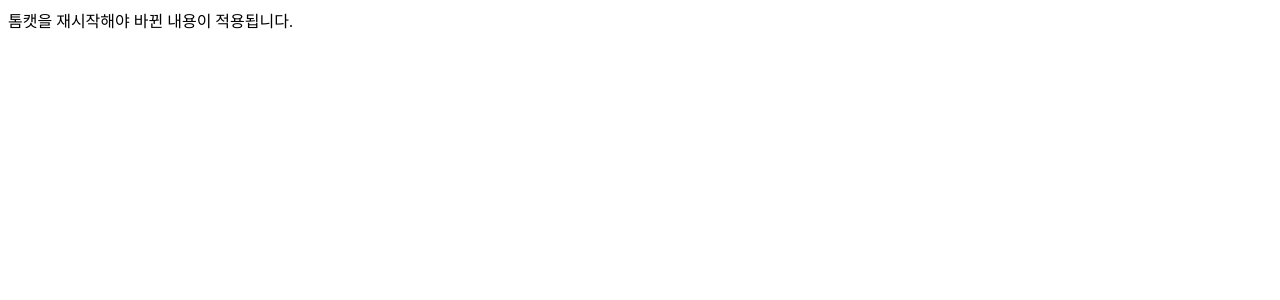
Repository: HeeJaeRA/Yedam
Page: http://localhost/helloWeb/LoginServlet
An editor plug-in stored every save of this project. The page is shown before and after the next save, followed by the edit.
The browser window is 1280 px wide. The pictures show the whole page.
The page is served by Tomcat 9.

Above is the page before, as saved 2023-10-24 01:18:41.

### Dev/workspace/helloWeb/src/main/java/org/yedam/LoginServlet.java
package org.yedam;

import java.io.IOException;
import java.io.PrintWriter;

import javax.servlet.ServletException;
import javax.servlet.annotation.WebServlet;
import javax.servlet.http.HttpServlet;
import javax.servlet.http.HttpServletRequest;
import javax.servlet.http.HttpServletResponse;

@WebServlet("/LoginServlet")
public class LoginServlet extends HttpServlet {
	private static final long serialVersionUID = 1L;

    public LoginServlet() {
        super();
    }

	protected void doGet(HttpServletRequest request, HttpServletResponse response) throws ServletException, IOException {
		//response.getWriter().append("Served at: ").append(request.getContextPath());
		response.setCharacterEncoding("UTF-8");
		response.setContentType("text/html charset=UTF-8");
		PrintWriter out = response.getWriter(); // 출력스트림
		out.print("톰캣을 재시작해야 바뀐 내용이 적용됩니다.\n");
		out.print("");
	}

	protected void doPost(HttpServletRequest request, HttpServletResponse response) throws ServletException, IOException {
		doGet(request, response);
	}

}

After the next save:
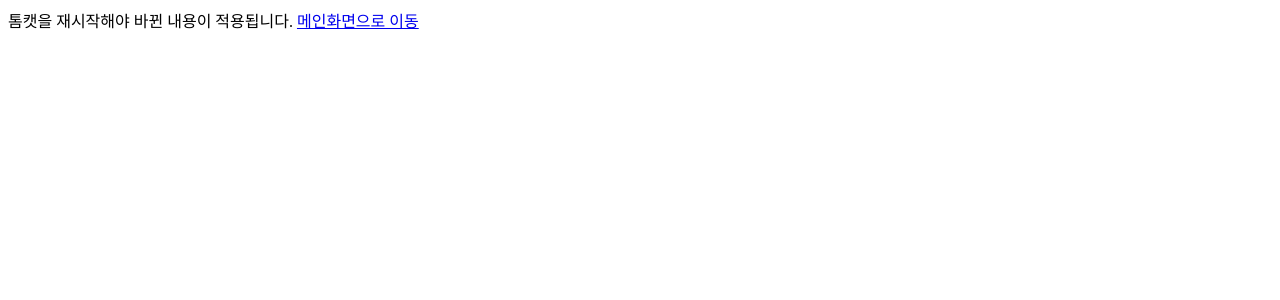
Saved 32 s later.
--- a/Dev/workspace/helloWeb/src/main/java/org/yedam/LoginServlet.java
+++ b/Dev/workspace/helloWeb/src/main/java/org/yedam/LoginServlet.java
@@ -23,7 +23,7 @@ public class LoginServlet extends HttpServlet {
 		response.setContentType("text/html charset=UTF-8");
 		PrintWriter out = response.getWriter(); // 출력스트림
 		out.print("톰캣을 재시작해야 바뀐 내용이 적용됩니다.\n");
-		out.print("");
+		out.print("<a href = 'index.html'>메인화면으로 이동</a>");
 	}
 
 	protected void doPost(HttpServletRequest request, HttpServletResponse response) throws ServletException, IOException {
